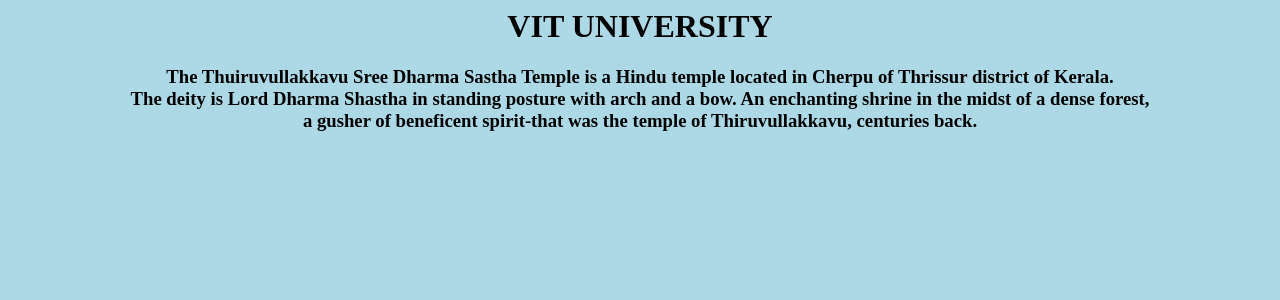
Repository: Oviya24032K6/NearMe
Page: ovi/surveyapp/static/VIT UNIVERSITY.html
The author's editor kept a copy of each file at every save. The page is drawn from the files as they stood at one save, then again after the next save.
The browser window is 1280 px wide. The pictures show the whole page.

Above is the page before, as saved 2024-03-25 22:28:29.

### ovi/surveyapp/static/VIT UNIVERSITY.html
<html>
	<head>
		<title>
            VIT UNIVERSITY
        </title>
	</head>
	<body bgcolor="lightblue">
		<h1 align="center" >VIT UNIVERSITY</h1>
        <h3 align="center">The Thuiruvullakkavu Sree Dharma Sastha Temple is a Hindu temple located in Cherpu of Thrissur district of Kerala.
        <br>The deity is Lord Dharma Shastha in standing posture with arch and a bow. An enchanting shrine in the midst of a dense forest,
        <br>a gusher of beneficent spirit-that was the temple of Thiruvullakkavu, centuries back.
	</body>
</html>

After the next save:
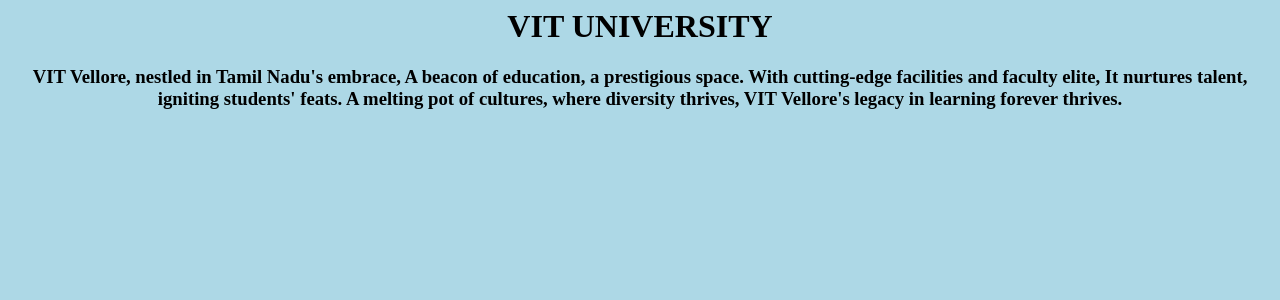
Saved 2 min 21 s later.
--- a/ovi/surveyapp/static/VIT UNIVERSITY.html
+++ b/ovi/surveyapp/static/VIT UNIVERSITY.html
@@ -6,8 +6,11 @@
 	</head>
 	<body bgcolor="lightblue">
 		<h1 align="center" >VIT UNIVERSITY</h1>
-        <h3 align="center">The Thuiruvullakkavu Sree Dharma Sastha Temple is a Hindu temple located in Cherpu of Thrissur district of Kerala.
-        <br>The deity is Lord Dharma Shastha in standing posture with arch and a bow. An enchanting shrine in the midst of a dense forest,
-        <br>a gusher of beneficent spirit-that was the temple of Thiruvullakkavu, centuries back.
+        <h3 align="center">VIT Vellore, nestled in Tamil Nadu's embrace,
+            A beacon of education, a prestigious space.
+            With cutting-edge facilities and faculty elite,
+            It nurtures talent, igniting students' feats.
+            A melting pot of cultures, where diversity thrives,
+            VIT Vellore's legacy in learning forever thrives.
 	</body>
 </html>
